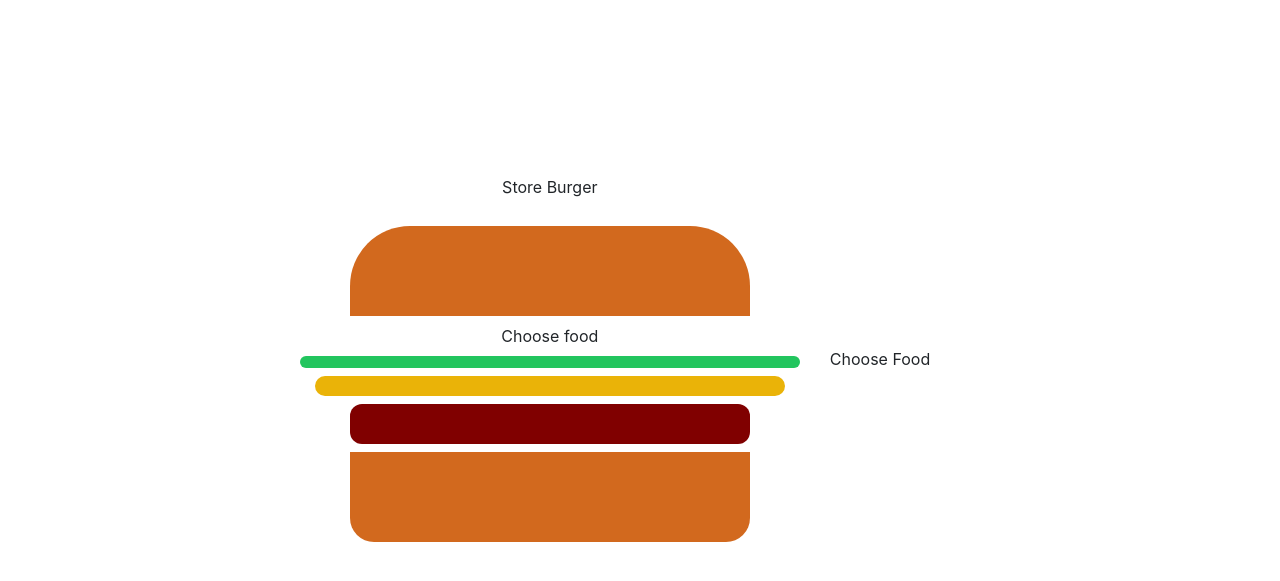
Repository: baobaodeveloper/bootcamp21_HuynhAnhBao_Burger
Page: /
An editor plug-in stored every save of this project. The page is shown before and after the next save, followed by the edit.
The browser window is 1280 px wide. The pictures show the whole page.
The project was rebuilt for these pictures with package versions that can differ from the ones it lists, and the page was loaded fresh each time. Also part of the build but not shown: vite.config.js.

Above is the page before, as saved 2022-05-15 17:06:45.

### index.html
<!DOCTYPE html>
<html lang="en">
  <head>
    <title>Title</title>
    <!-- Required meta tags -->
    <meta charset="utf-8" />
    <meta
      name="viewport"
      content="width=device-width, initial-scale=1, shrink-to-fit=no"
    />

    <!-- Bootstrap CSS -->
    <link
      rel="stylesheet"
      href="https://stackpath.bootstrapcdn.com/bootstrap/4.3.1/css/bootstrap.min.css"
      integrity="sha384-ggOyR0iXCbMQv3Xipma34MD+dH/1fQ784/j6cY/iJTQUOhcWr7x9JvoRxT2MZw1T"
      crossorigin="anonymous"
    />
  </head>
  <body>
    <div id="root"></div>
    <!-- Optional JavaScript -->
    <!-- jQuery first, then Popper.js, then Bootstrap JS -->
    <script
      src="https://code.jquery.com/jquery-3.3.1.slim.min.js"
      integrity="sha384-q8i/X+965DzO0rT7abK41JStQIAqVgRVzpbzo5smXKp4YfRvH+8abtTE1Pi6jizo"
      crossorigin="anonymous"
    ></script>
    <script
      src="https://cdnjs.cloudflare.com/ajax/libs/popper.js/1.14.7/umd/popper.min.js"
      integrity="sha384-UO2eT0CpHqdSJQ6hJty5KVphtPhzWj9WO1clHTMGa3JDZwrnQq4sF86dIHNDz0W1"
      crossorigin="anonymous"
    ></script>
    <script
      src="https://stackpath.bootstrapcdn.com/bootstrap/4.3.1/js/bootstrap.min.js"
      integrity="sha384-JjSmVgyd0p3pXB1rRibZUAYoIIy6OrQ6VrjIEaFf/nJGzIxFDsf4x0xIM+B07jRM"
      crossorigin="anonymous"
    ></script>

    <script type="module" src="/src/main.jsx"></script>
  </body>
</html>

### src/App.jsx
import Burger from "./components/Burger";

function App() {
  return <Burger></Burger>;
}

export default App;

### src/components/Burger.jsx
import React from "react";

export default function Burger() {
  return (
    <div>
      <div className="flex items-center gap-x-20  w-screen h-screen mx-auto justify-center">
        <div className="flex flex-col justify-center items-center gap-y-2 w-[400px]">
          <h2 className="mb-20">Store Burger</h2>
          <div className="bg-[#D2691E] w-full h-[30px] relative">
            <div className="bg-[#D2691E] w-full h-[60px] absolute top-0 left-0 -translate-y-[60px] rounded-tl-full rounded-tr-full"></div>
          </div>
          <p>Choose food</p>
          {/* loop here */}
          <div className="h-3 bg-green-500 w-[500px] rounded-full"></div>
          <div className="h-5 bg-yellow-500 w-[470px] rounded-full"></div>
          <div className="h-10 bg-[#800000] w-[400px] rounded-xl"></div>

          <div className="w-full bg-[#D2691E] h-[90px] rounded-br-3xl rounded-bl-3xl"></div>
        </div>

        <div className="">
          <h2>Choose Food</h2>
        </div>
      </div>
    </div>
  );
}

Loaded but not shown: src/main.jsx (common file); src/index.scss (common file); tailwind.config.js (common file)

After the next save:
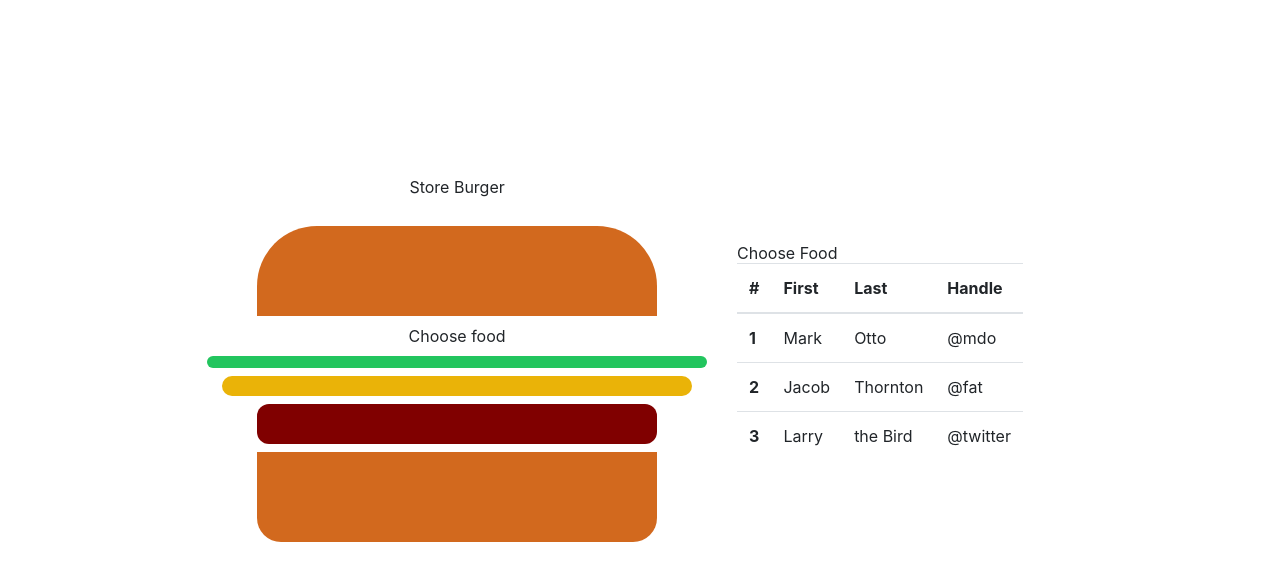
Saved 52 s later.
--- a/src/components/Burger.jsx
+++ b/src/components/Burger.jsx
@@ -20,6 +20,36 @@ export default function Burger() {
 
         <div className="">
           <h2>Choose Food</h2>
+          <table class="table">
+            <thead>
+              <tr>
+                <th scope="col">#</th>
+                <th scope="col">First</th>
+                <th scope="col">Last</th>
+                <th scope="col">Handle</th>
+              </tr>
+            </thead>
+            <tbody>
+              <tr>
+                <th scope="row">1</th>
+                <td>Mark</td>
+                <td>Otto</td>
+                <td>@mdo</td>
+              </tr>
+              <tr>
+                <th scope="row">2</th>
+                <td>Jacob</td>
+                <td>Thornton</td>
+                <td>@fat</td>
+              </tr>
+              <tr>
+                <th scope="row">3</th>
+                <td>Larry</td>
+                <td>the Bird</td>
+                <td>@twitter</td>
+              </tr>
+            </tbody>
+          </table>
         </div>
       </div>
     </div>
